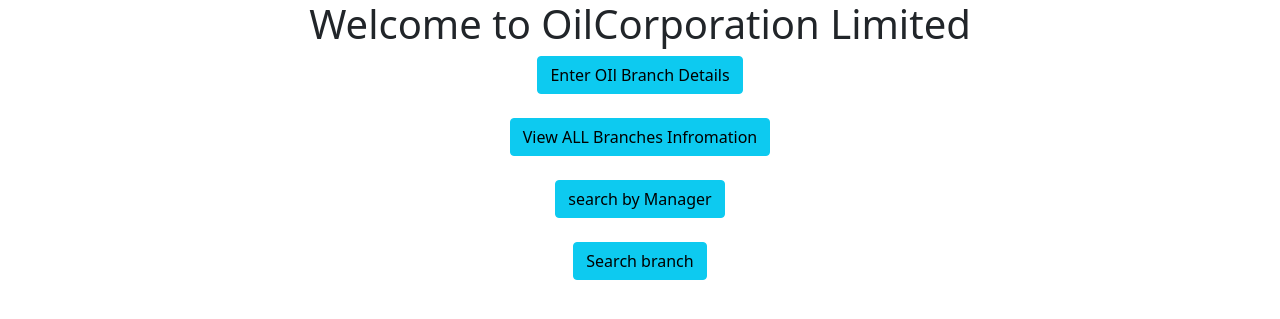
Repository: veerrajuMareddi/demo
Page: http://localhost/OilCorporation/views/index.jsp
These files come from the project's save history. The page is drawn as it stood at one moment and after the next save; the edit follows.
The browser window is 1280 px wide. The pictures show the whole page.
The page is served by Tomcat 9. Other server files are loaded and not shown.

Above is the page before, as saved 2022-05-04 03:55:27.

### OilCorporation/src/main/webapp/views/index.jsp
<%@ page language="java" contentType="text/html; charset=ISO-8859-1"
    pageEncoding="ISO-8859-1"%>
<!DOCTYPE html>
<html>
<head>
<link
	href="https://cdn.jsdelivr.net/npm/bootstrap@5.1.3/dist/css/bootstrap.min.css"
	rel="stylesheet"
	integrity="sha384-1BmE4kWBq78iYhFldvKuhfTAU6auU8tT94WrHftjDbrCEXSU1oBoqyl2QvZ6jIW3"
	crossorigin="anonymous">
<script
	src="https://cdn.jsdelivr.net/npm/bootstrap@5.1.3/dist/js/bootstrap.bundle.min.js"
	integrity="sha384-ka7Sk0Gln4gmtz2MlQnikT1wXgYsOg+OMhuP+IlRH9sENBO0LRn5q+8nbTov4+1p"
	crossorigin="anonymous"></script>
<meta charset="ISO-8859-1">
<title>Home</title>
</head>
<body>
<center>
<h1>Welcome to OilCorporation Limited</h1>
<a class="btn btn-info" href="/src/callsave">Enter OIl Branch Details</a>
<br>
<br>
<a class="btn btn-info" href="/src/get">View ALL Branches Infromation</a>
<br>
<br>
<a class="btn btn-info" href="/src/child">search by Manager</a>
<br>
<br>
<a class="btn btn-info" href="/src/parent">Search branch</a>
</center>
</body>
</html>

After the next save:
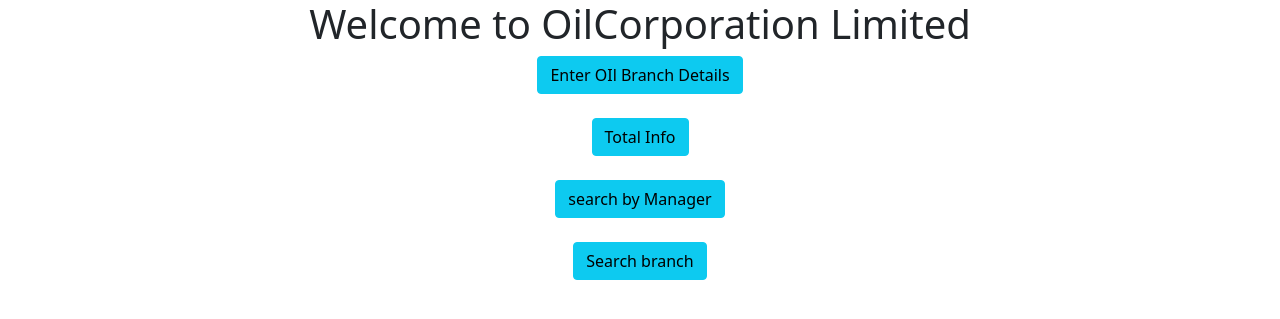
Saved 5 min 1 s later.
--- a/OilCorporation/src/main/webapp/views/index.jsp
+++ b/OilCorporation/src/main/webapp/views/index.jsp
@@ -21,7 +21,7 @@
 <a class="btn btn-info" href="/src/callsave">Enter OIl Branch Details</a>
 <br>
 <br>
-<a class="btn btn-info" href="/src/get">View ALL Branches Infromation</a>
+<a class="btn btn-info" href="/src/get">Total Info</a>
 <br>
 <br>
 <a class="btn btn-info" href="/src/child">search by Manager</a>
